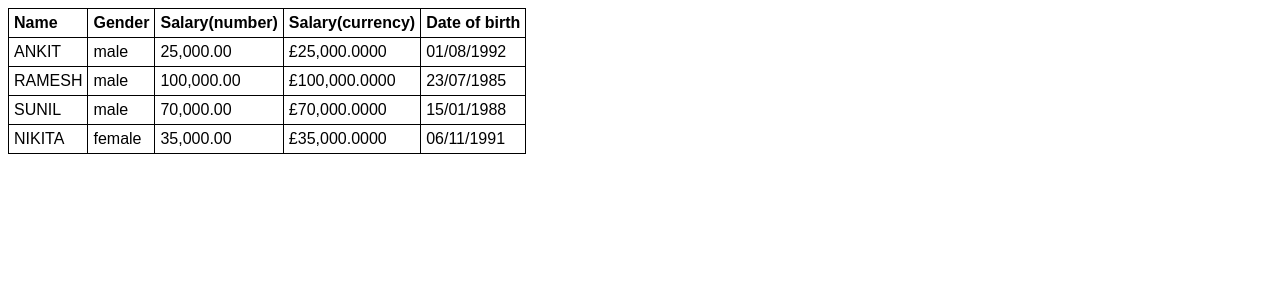
Repository: ammoreloaded/WebProjectFirst
Page: homework/WebProjectFirst/web/filterDemo.html
The author's editor kept a copy of each file at every save. The page is drawn from the files as they stood at one save, then again after the next save.
The browser window is 1280 px wide. The pictures show the whole page.

Above is the page before, as saved 2016-05-19 15:17:01.

### homework/WebProjectFirst/web/filterDemo.html
<!doctype html>
<html ng-app="myModule">
<head>
<script src="resources/js/angular.min.js"></script>
<script src="resources/js/filterDemo.js"></script>
<link href="style.css" rel="stylesheet" type="text/css"/>
</head>
<body ng-controller="myController">
	<div>
		<table>
			<thead>
				<tr>
					<th>Name</th>
					<th>Gender</th>
					<th>Salary(number)</th>
					<th>Salary(currency)</th>
					<th>Date of birth</th>
				</tr>
			</thead>
			<tbody>
				<tr ng-repeat="employee in employees">
					<td>{{ employee.name | uppercase}}</td>
					<td>{{ employee.gender | lowercase }}</td>
					<td>{{ employee.salary | number : 2 }}</td>
					<td>{{ employee.salary | currency : "£" : 4 }}</td>
					<td>{{ employee.dateOfBirth | date : "dd/MM/yyyy" }}</td>
				</tr>
			</tbody>
		</table>
	</div>
</body>
</html>

### homework/WebProjectFirst/web/resources/js/filterDemo.js

var employees = [
                 {name : "Ankit", gender : "Male", age : 23, salary : 25000, dateOfBirth : new Date("August 1, 1992")},
                 {name : "Ramesh", gender : "Male", age : 30, salary : 100000, dateOfBirth : new Date("July 23, 1985")},
                 {name : "Sunil", gender : "Male", age : 28, salary : 70000, dateOfBirth : new Date("January 15, 1988")},
                 {name : "Nikita", gender : "Female", age : 24, salary : 35000, dateOfBirth : new Date("November 6, 1991")}
                 ];

var myApp = angular.module("myModule", []).controller("myController", function($scope){
	$scope.employees = employees;

	$scope.incrLikes = function(technology){
		technology.likes++;
	};

	$scope.incrDislikes = function(technology){
		technology.dislikes++;
	};
});

### homework/WebProjectFirst/web/style.css
table {
	border-collapse: collapse;
	font-family : Arial;
}

td {
	border : 1px solid black;
	padding : 5px;
}

th {
	border : 1px solid black;
	padding : 5px;
	text-align: left;
}

Loaded but not shown: homework/WebProjectFirst/web/resources/js/angular.min.js (library)

After the next save:
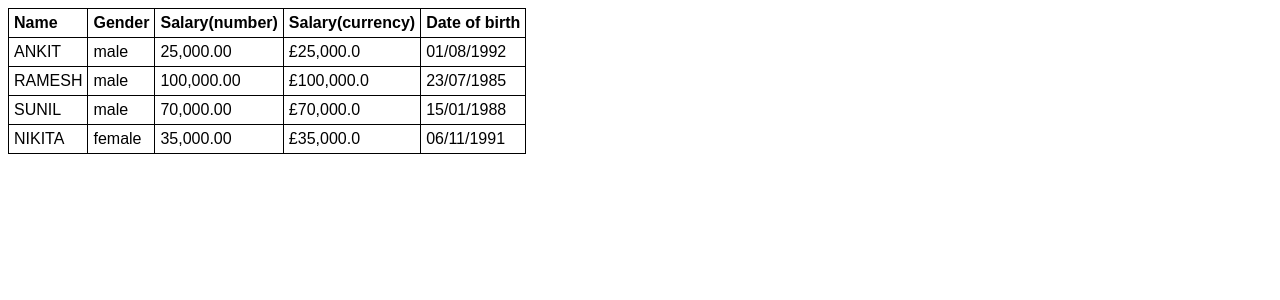
Saved 16 s later.
--- a/homework/WebProjectFirst/web/filterDemo.html
+++ b/homework/WebProjectFirst/web/filterDemo.html
@@ -22,7 +22,7 @@
 					<td>{{ employee.name | uppercase}}</td>
 					<td>{{ employee.gender | lowercase }}</td>
 					<td>{{ employee.salary | number : 2 }}</td>
-					<td>{{ employee.salary | currency : "£" : 4 }}</td>
+					<td>{{ employee.salary | currency : "£" : 1 }}</td>
 					<td>{{ employee.dateOfBirth | date : "dd/MM/yyyy" }}</td>
 				</tr>
 			</tbody>
